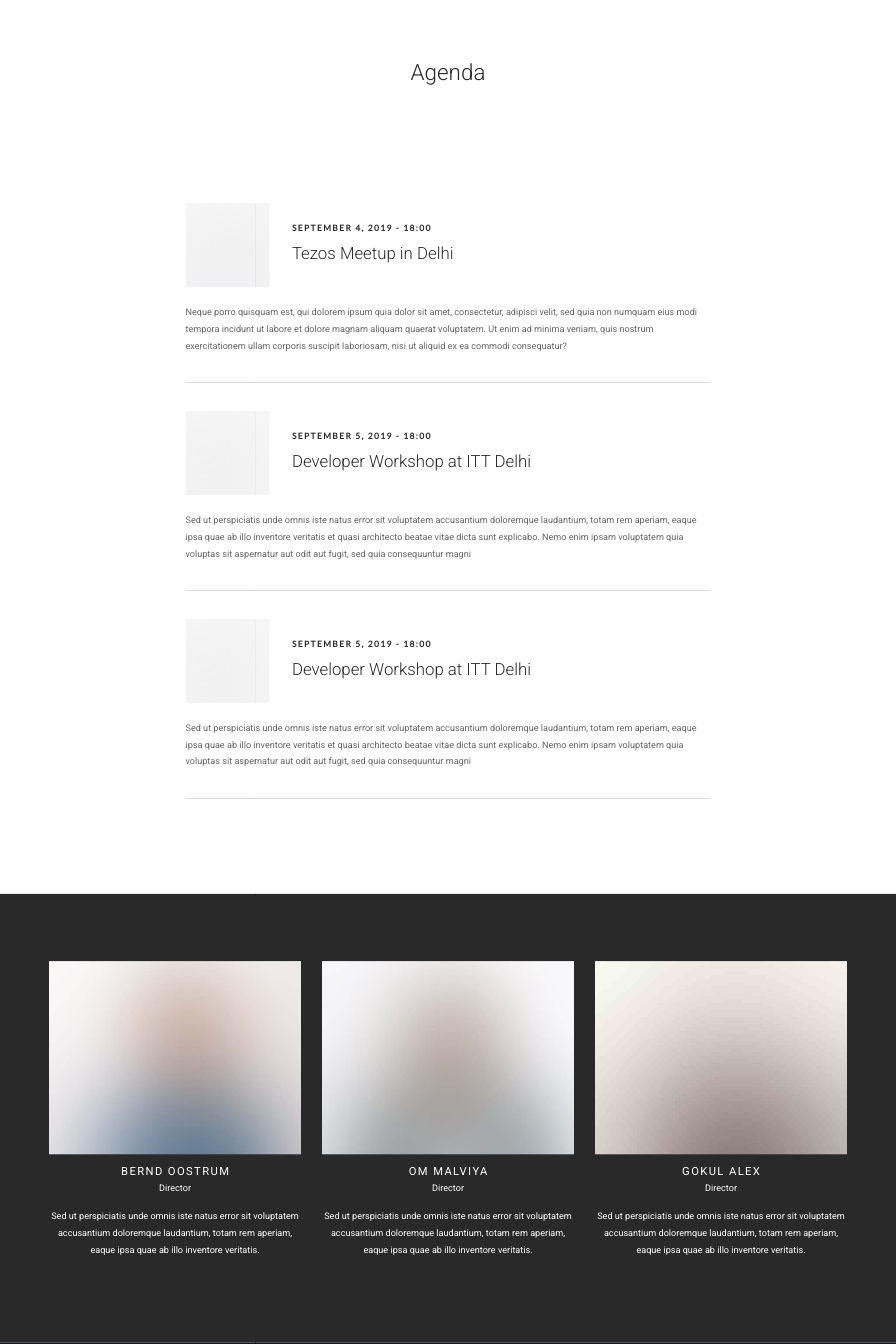
Repository: Tezos-India-Foundation/TIF-Website
Page: Tezos India Website/page.html
An editor plug-in stored every save of this project. The page is shown before and after the next save, followed by the edit.
The browser window is 1280 px wide. The pictures show the part of the page from y = 1870 to 3790 px (the page is 4212 px tall before and 4148 px after), at 70% of full size.

Above is the page before, as saved 2019-08-06 15:18:09.

After the next save:
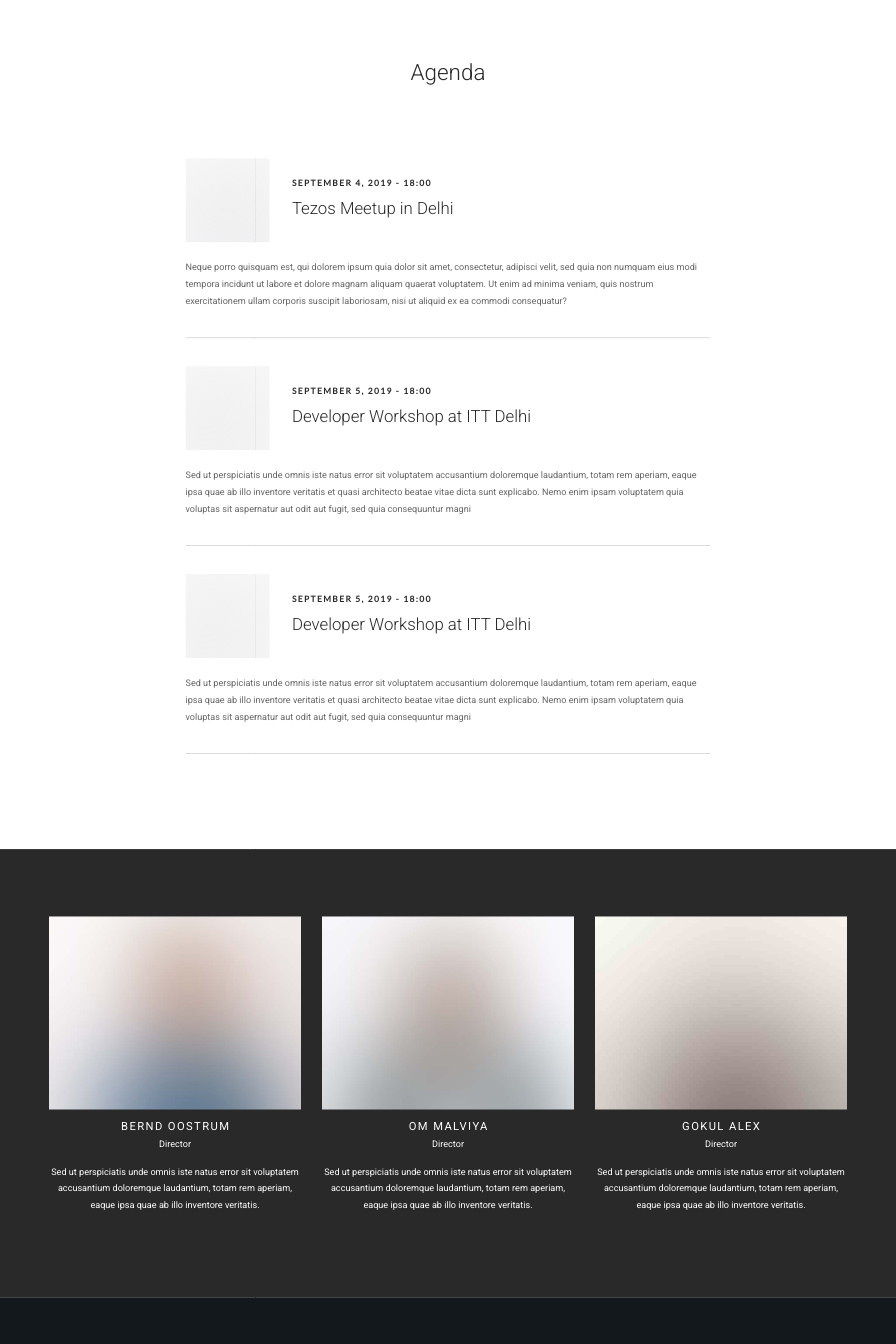
Saved 40 s later.
--- a/Tezos India Website/page.html
+++ b/Tezos India Website/page.html
@@ -245,7 +245,7 @@
 		</section>
 		<section>
 			<div class="container">
-				<div class="row mb64 mb-xs-24">
+				<div class="row ">
 					<div class="col-sm-12 text-center">
 						<h3>Agenda</h3>
 

After the save that followed:
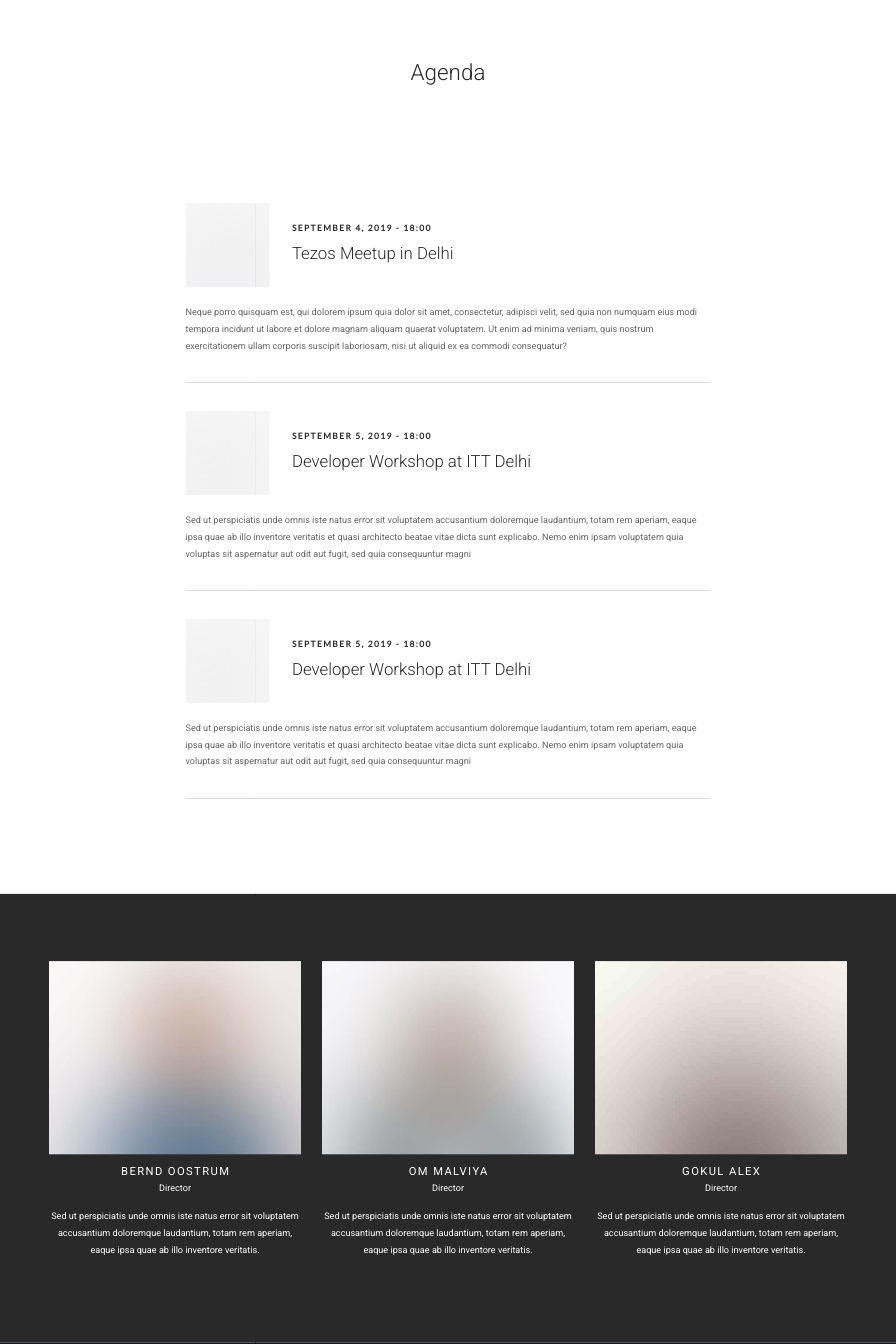
Saved 10 s later.
--- a/Tezos India Website/page.html
+++ b/Tezos India Website/page.html
@@ -245,7 +245,7 @@
 		</section>
 		<section>
 			<div class="container">
-				<div class="row ">
+				<div class="row mb64 mb-xs-24">
 					<div class="col-sm-12 text-center">
 						<h3>Agenda</h3>
 
